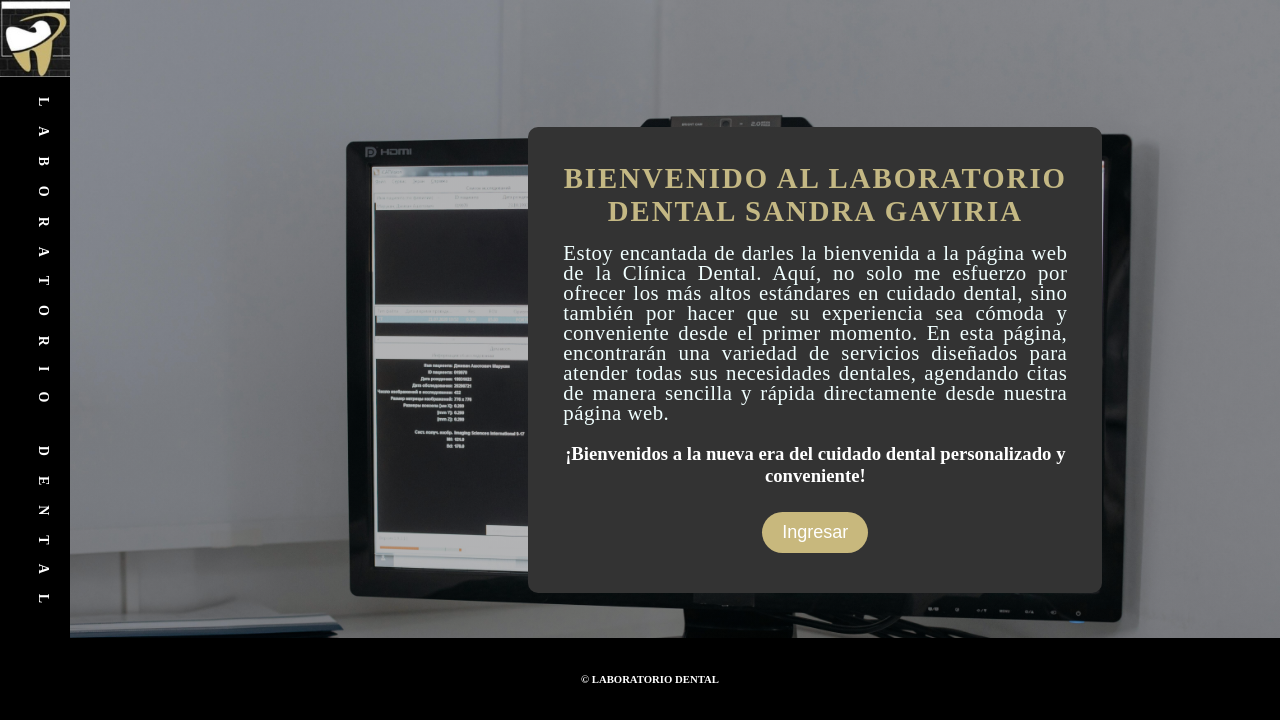
Repository: IIntef/ProyectoDental2.0
Page: Proyecto/Proyecto/Fer.html
An editor plug-in stored every save of this project. The page is shown before and after the next save, followed by the edit.
The browser window is 1280 px wide. The pictures show the whole page.

Above is the page before, as saved 2024-06-18 14:38:32.

### Proyecto/Proyecto/Fer.html
<!DOCTYPE html>
<html lang="en">
<head>
    <meta charset="UTF-8">
    <meta name="viewport" content="width=device-width, initial-scale=1.0">
    <title>Inicio</title>
    <link rel="stylesheet" href="StyleFer.css">
</head>
<body>
    <header>
        <img src="Logo.jpeg" alt="Logo Laboratorio Dental">
        <h1>LABORATORIO DENTAL</h1>
    </header>
    <main>
        <div class="container">
        <h2>BIENVENIDO AL LABORATORIO DENTAL SANDRA GAVIRIA</h2>
        <P>Estoy encantada de darles la bienvenida a la página web de la Clínica Dental. Aquí, no solo me esfuerzo por ofrecer los más altos estándares
        en cuidado dental, sino también por hacer que su experiencia sea cómoda y conveniente desde el primer momento.
        En esta página, encontrarán una variedad de servicios diseñados para atender todas sus necesidades dentales, agendando citas de manera sencilla y rápida directamente desde nuestra página web. </P>
        <h3>¡Bienvenidos a la nueva era del cuidado dental personalizado y conveniente!</h3>
        <div class="buttons">
        <button id="Ingresar">Ingresar</button>
        </div>
    </div>
    <footer>
        <h6>&copy; LABORATORIO DENTAL</h6>
    </footer>
    </main>
</body>
</html>

### Proyecto/Proyecto/StyleFer.css
header{
    position: relative;
    background-color: #000000;
    width: fit-content;
    height: 100vh;
    display: flex;
    flex-direction: column;
    align-items: center;
    justify-content: space-between;
    z-index: 1;
}

header h1 {
        position: absolute;
        top: 0;
        bottom: 0;
        left: 0;
        right: 0;
        margin: 27%;
        writing-mode: vertical-rl;
        letter-spacing: 20px;
        font-size: 14px;
        transform: rotate(0deg);
        color: #fff;
        font-weight: bold;
    }


header img {
    width: 8vw;
    max-width: 70px;
}

main{
    width: 100%;
    justify-content:center;
    align-items: center;
    margin-left: calc(55% - 6.5cm);
}

.container{
    flex: 1;
    background-color: #333;
    color: #ffffff;
    padding: 35px;
    text-align: center;
    width: 70vw;
    max-width: 70vh;
    border-radius: 10px;
}
body {
    padding: 0;
    margin: 0;
    font-family: 'Times New Roman', Times, serif, Helvetica, Arial, sans-serif;
    display: flex;
    align-items: center;
    min-height: 100%;
    background: linear-gradient(rgba(5,7,12,0.3), rgba(5,7,12,0.3)), url("Fondo.jpg"), no-repeat center center fixed;
    width: 100%;
    background-size: cover;
}

h1{
    margin: 0;
    color: white;
    font-family: 'Fredoka One';
    letter-spacing: 2px;
    font-size: clamp(1.5rem, 2.5vw, 2rem);
    text-align: center;
}

h2{
    margin: 0;
    color: #c4b884;
    font-family: 'Fredoka One';
    letter-spacing: 2px;
    font-size: clamp(1.2rem, 2.5vw, 1.8rem);
    text-align:center;
}

h3{
    color: #ffffff;
}

p{
    font-weight: 100;
    line-height: 20px;
    letter-spacing: 0.5px;
    margin: 15px 0 20px;
    font-size: clamp(1.2rem, 2.5vw, 1.3rem);
    text-align: justify;
    color:azure;
}


.buttons {
    margin-top: 20px;
    align-items: center;
}

button {
    font-size: large;
    background-color: #c8b87d;
    color: #ffffff;
    border: none;
    padding: 10px 20px;
    margin: 5px;
    cursor: pointer;
    border-radius: 30px; /* Bordes redondos */
    transition: background-color 0.3s; /* Transición suave del color de fondo */
}

button:hover {
    background-color: #c4b884; /* Cambia el color al pasar el cursor */
}

footer{
    position: fixed; /* Fijar el pie de página */
    bottom: 0; /* Alinearlo al fondo */
    left: 0; /* Alinearlo a la izquierda */
    width: 100%; /* Ocupar todo el ancho */
    background-color: #000000; /* Color de fondo */
    padding: 10px; /* Espaciado interior */
    text-align: right; /* Alinear contenido a la derecha */
    color: #ffffff; /* Color del texto */
}
h6{
    text-align: center;
}

After the next save:
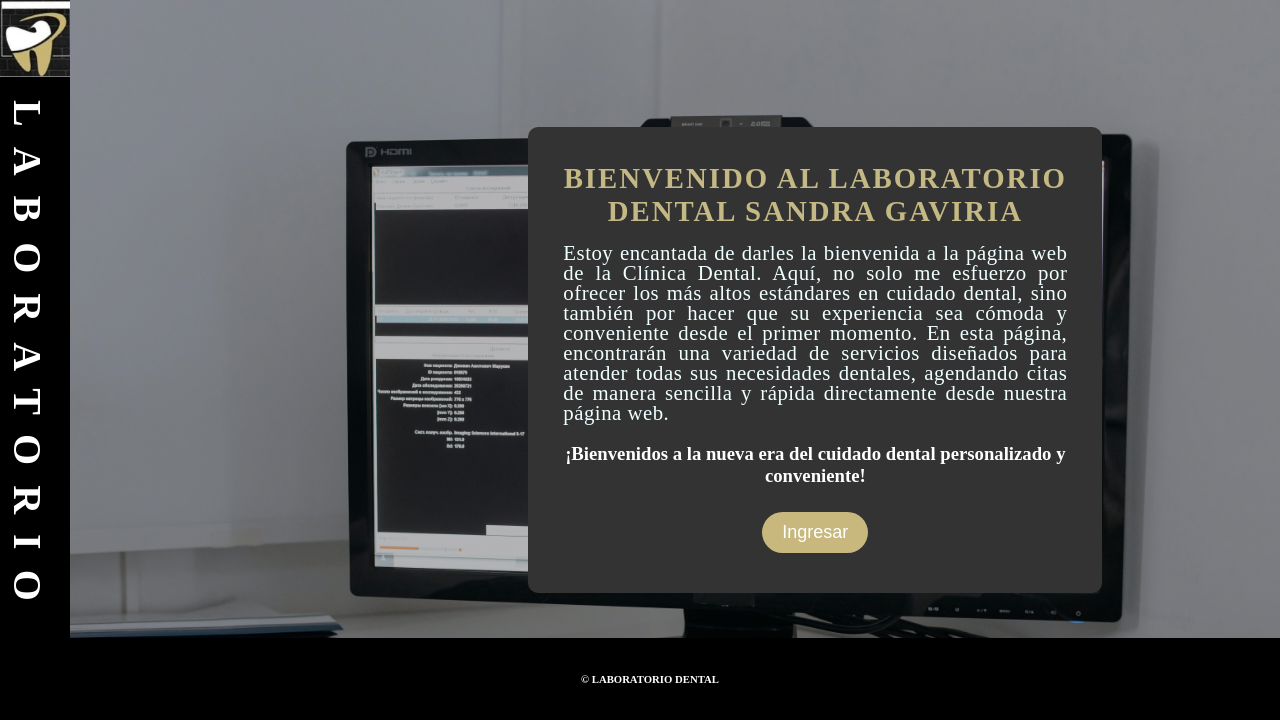
Saved 28 s later.
--- a/Proyecto/Proyecto/StyleFer.css
+++ b/Proyecto/Proyecto/StyleFer.css
@@ -19,7 +19,7 @@ header h1 {
         margin: 27%;
         writing-mode: vertical-rl;
         letter-spacing: 20px;
-        font-size: 14px;
+        font-size: 40px;
         transform: rotate(0deg);
         color: #fff;
         font-weight: bold;
